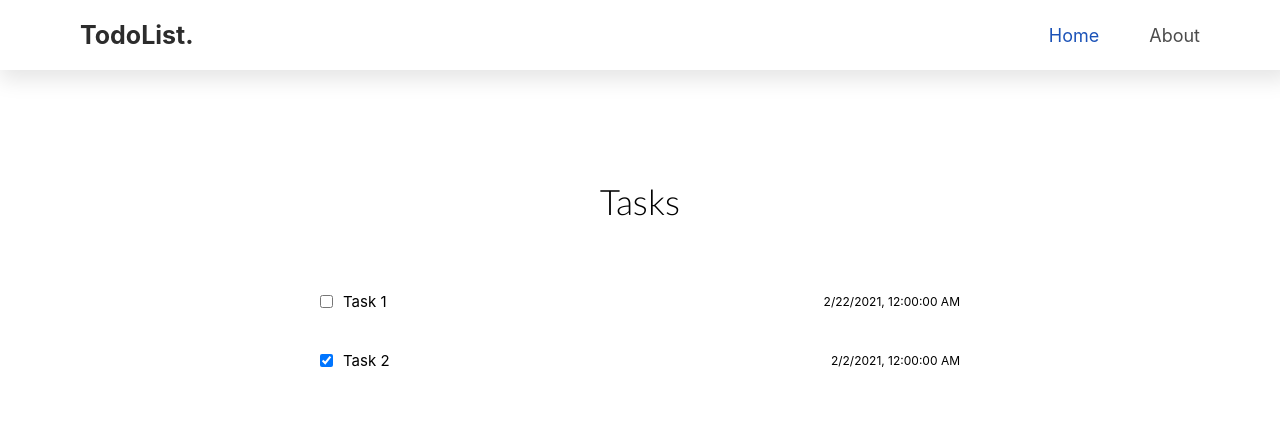
Repository: dqhuy153/react-todoList
Page: /
An editor plug-in stored every save of this project. The page is shown before and after the next save, followed by the edit.
The browser window is 1280 px wide. The pictures show the whole page.
The project was rebuilt for these pictures with package versions that can differ from the ones it lists, and the page was loaded fresh each time. Also part of the build but not shown: src/components/UI/LoadingSpinner.module.scss.

Above is the page before, as saved 2021-09-16 20:46:18.

After the next save:
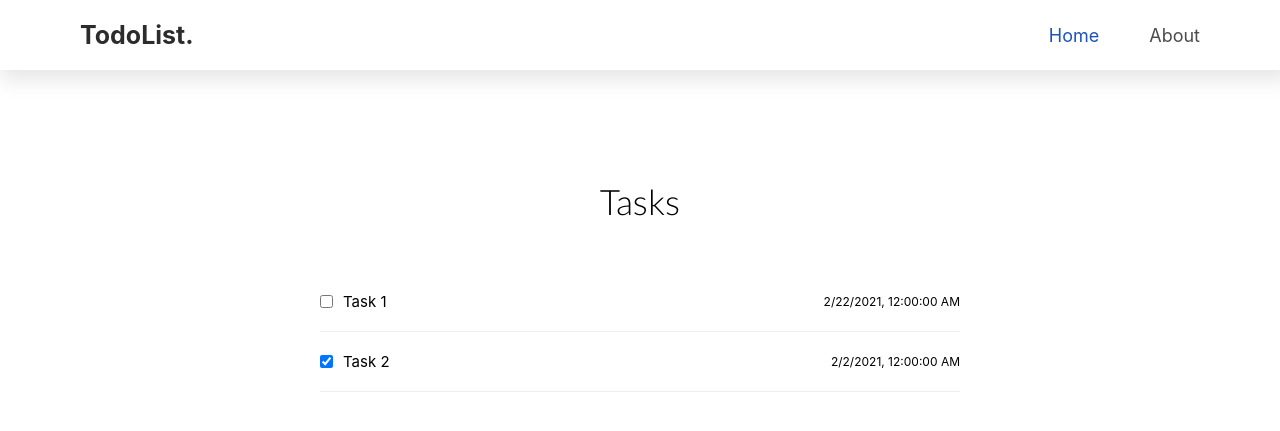
Saved 15 s later.
--- a/src/components/todos/TodoItem.module.scss
+++ b/src/components/todos/TodoItem.module.scss
@@ -3,6 +3,7 @@
   align-items: center;
   justify-content: space-between;
   padding: 2rem 0;
+  border-bottom: 1px solid #eee;
 }
 
 .task {
